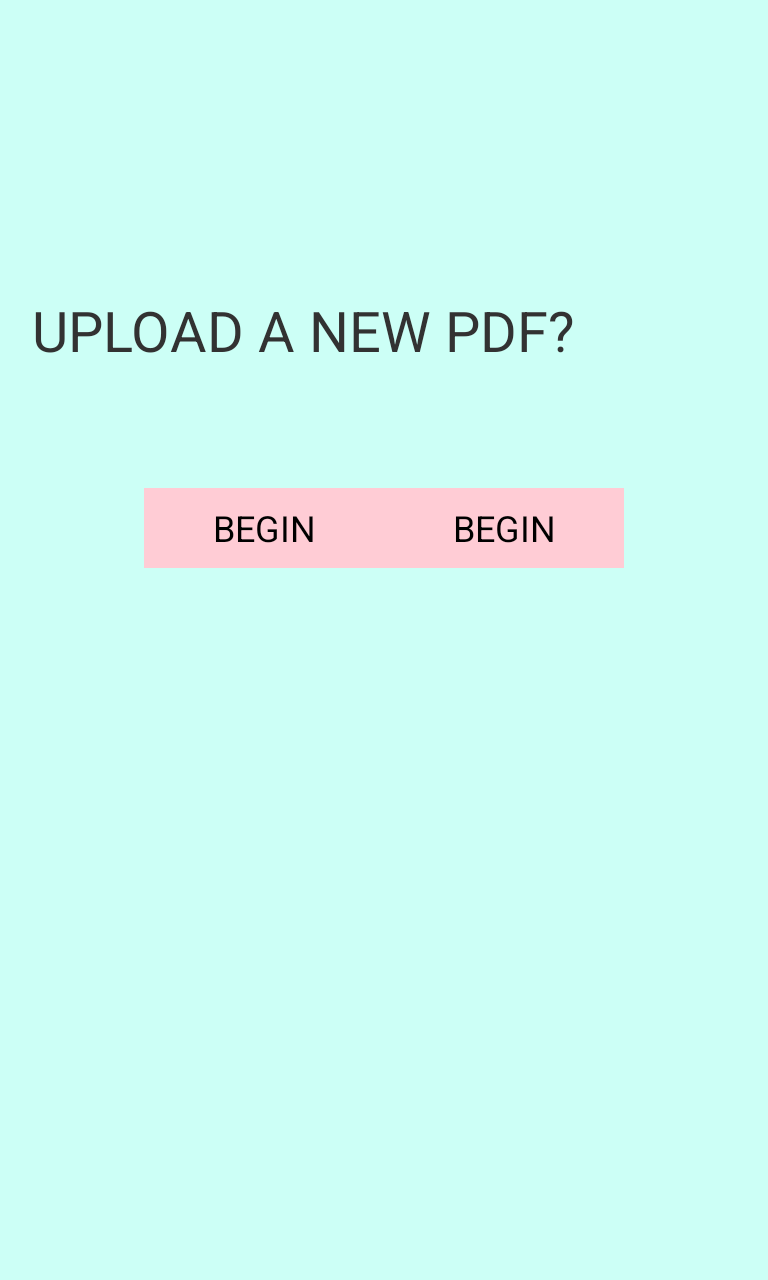
Repository: nick11roberts/Moka-Scanr
Layout: Document Uploader/res/layout/activity_preview.xml
An editor plug-in stored every save of this project. The layout is shown before and after the next save, followed by the edit.
It is drawn on a 768 x 1280 px phone screen (xhdpi) without system bars, with theme android:Theme.Holo.Light.NoActionBar; the app's code is not run. Lists and similar views that code fills are empty. The app's manifest (not shown) leaves right-to-left support off. So textAlignment, textDirection and layoutDirection are ignored, and left and right values win over start and end ones.

Above is the layout before, as saved 2014-05-31 00:23:54.

### Document Uploader/res/layout/activity_preview.xml
<LinearLayout xmlns:android="http://schemas.android.com/apk/res/android"
    xmlns:tools="http://schemas.android.com/tools"
    android:layout_width="match_parent"
    android:layout_height="match_parent"
    android:background="@color/bg_color"
    android:baselineAligned="true"
    android:gravity="center_horizontal"
    android:orientation="vertical"
    android:paddingBottom="@dimen/activity_vertical_margin"
    android:paddingLeft="@dimen/activity_horizontal_margin"
    android:paddingRight="@dimen/activity_horizontal_margin"
    android:paddingTop="@dimen/activity_vertical_margin"
    tools:context=".MainActivity" >

    <TextView
        android:layout_width="match_parent"
        android:layout_height="wrap_content"
        android:paddingBottom="60dp"
        android:paddingTop="130dp"
        android:text="@string/main_heading"
        android:textAlignment="center"
        android:textAllCaps="true"
        android:textSize="28sp" />

    <LinearLayout
        android:layout_width="match_parent"
        android:layout_height="wrap_content"
        android:gravity="center"
        android:orientation="horizontal"
        android:weightSum="10" >

        <Button
            android:id="@+id/uploadButton"
            android:layout_width="120dp"
            android:layout_height="40dp"
            android:background="@color/button_color"
            android:gravity="center_vertical|center_horizontal"
            android:paddingLeft="5dp"
            android:paddingRight="5dp"
            android:text="@string/main_button_upload"
            android:textAlignment="center"
            android:weight="4" />

        <Button
            android:id="@+id/cancelButton"
            android:layout_width="120dp"
            android:layout_height="40dp"
            android:background="@color/button_color"
            android:paddingLeft="5dp"
            android:paddingRight="5dp"
            android:text="@string/main_button_upload"
            android:textAlignment="center"
            android:weight="4" />

    </LinearLayout>

    <GridView
        android:id="@+id/gridView1"
        android:layout_width="match_parent"
        android:layout_height="wrap_content"
        android:horizontalSpacing="5dp"
        android:numColumns="2"
        android:verticalSpacing="5dp" >

    </GridView>

</LinearLayout>

### Document Uploader/res/values/colors.xml
<?xml version="1.0" encoding="utf-8"?>
<resources>
   <color name="button_color">#FFCCD5</color>
   <color name="bg_color">#CCFFF6</color>
   <color name="border_color">#000000</color>
</resources>

### Document Uploader/res/values/strings.xml
<?xml version="1.0" encoding="utf-8"?>
<resources>

    <string name="app_name">PDF-Drive</string>
    <string name="action_settings">Settings</string>

    <!-- MAIN ACTIVITY -->
    <string name="main_heading">Upload a new PDF?</string>
    <string name="main_button_upload">BEGIN</string>

    <!-- OPTIONS ACTIVITY -->
    <string name="options_heading">Upload options</string>
    <string name="options_pages">Number of pages?</string>
    <string name="options_title">Title?</string>
    <string name="options_folder">Folder? (optional)</string>
    <string name="options_button_go">CONTINUE</string>

    <!-- PREVIEW ACTIVITY -->
    <string name="preview_heading">Upload a new PDF?</string>
    <string name="preview_button_upload">UPLOAD</string>
    <string name="preview_button_cancel">CANCEL</string>

</resources>

Loaded but not shown: Document Uploader/res/values/dimens.xml (common file); Document Uploader/res/values-w820dp/dimens.xml (common file)

After the next save:
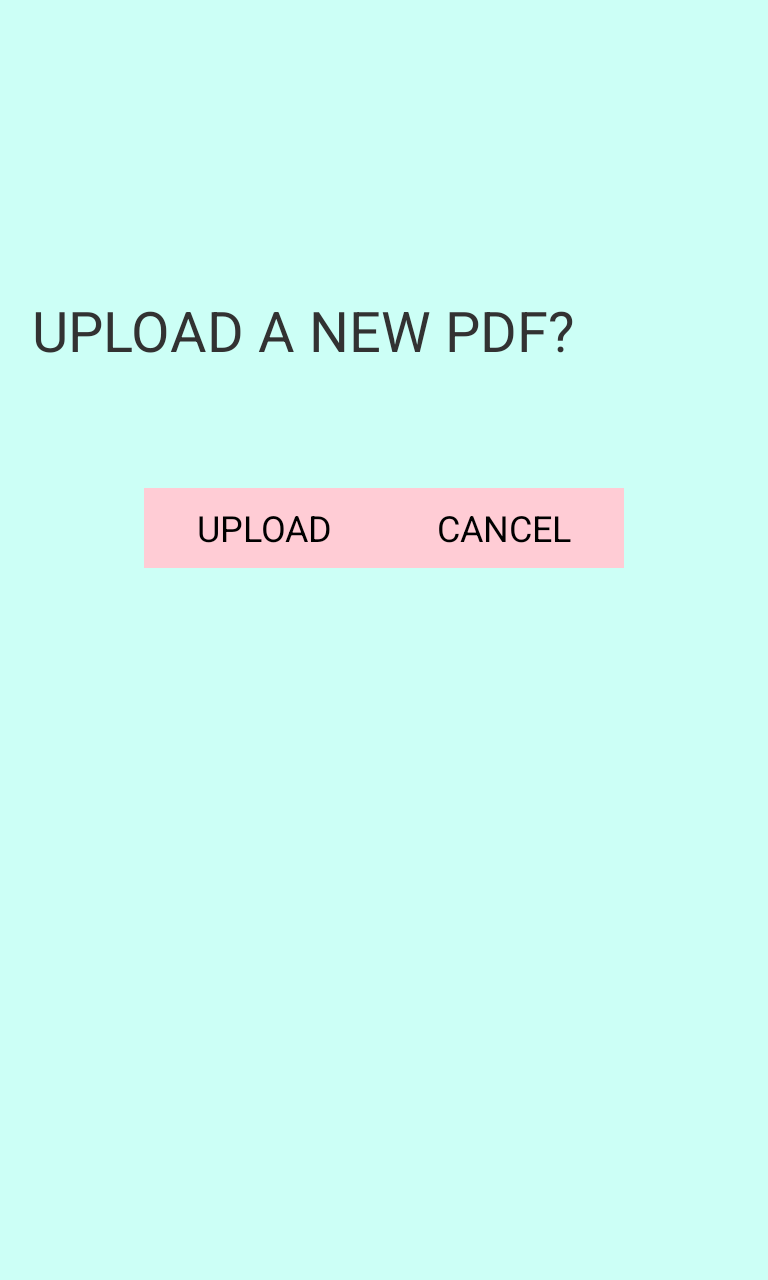
Saved 102 s later.
--- a/Document Uploader/res/layout/activity_preview.xml
+++ b/Document Uploader/res/layout/activity_preview.xml
@@ -37,7 +37,7 @@
             android:gravity="center_vertical|center_horizontal"
             android:paddingLeft="5dp"
             android:paddingRight="5dp"
-            android:text="@string/main_button_upload"
+            android:text="@string/preview_button_upload"
             android:textAlignment="center"
             android:weight="4" />
 
@@ -48,20 +48,10 @@
             android:background="@color/button_color"
             android:paddingLeft="5dp"
             android:paddingRight="5dp"
-            android:text="@string/main_button_upload"
+            android:text="@string/preview_button_cancel"
             android:textAlignment="center"
             android:weight="4" />
 
     </LinearLayout>
 
-    <GridView
-        android:id="@+id/gridView1"
-        android:layout_width="match_parent"
-        android:layout_height="wrap_content"
-        android:horizontalSpacing="5dp"
-        android:numColumns="2"
-        android:verticalSpacing="5dp" >
-
-    </GridView>
-
 </LinearLayout>
